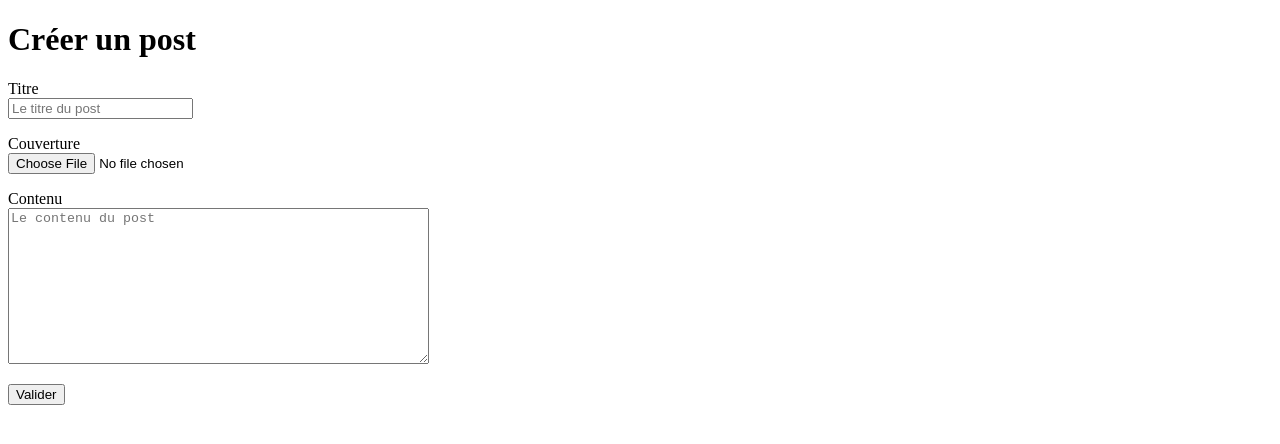
Repository: samoteur13/laravel_crud
Page: http://localhost/posts/create
These files come from the project's save history. The page is drawn as it stood at one moment and after a run of saves; the edit follows.
The browser window is 1280 px wide. The pictures show the whole page.
The page is served by the project's Laravel application, run on PHP 8.4 with Laravel 10. Other server files are loaded and not shown.

Above is the page before, as saved 2023-03-30 14:59:24.

### routes/web.php
<?php

use Illuminate\Support\Facades\Route;
use App\Http\Controllers\PostController;

Route::get('/', function () {
    return view('welcome');
});

Route::resource("posts", PostController::class);

### app/Http/Controllers/PostController.php
<?php

namespace App\Http\Controllers;

use App\Models\Post;
use Illuminate\Http\Request;

class PostController extends Controller
{
    /**
     * Display a listing of the resource.
     */
    public function index()
    {
        $posts = Post::latest()->get();

        return view("posts.index", compact("posts"));
    }

    /**
     * Show the form for creating a new resource.
     */
    public function create()
    {
        return view("posts.edit");
    }

    /**
     * Store a newly created resource in storage.
     */
    public function store(Request $request)
    {
        // 1. La validation
        $this->validate($request, [
            'title' => 'bail|required|string|max:255',
            "picture" => 'bail|required|image|max:1024',
            "content" => 'bail|required',
        ]);

        // 2. On upload l'image dans "/storage/app/public/posts"
        $chemin_image = $request->picture->store("posts");

        // 3. On enregistre les informations du Post
        Post::create([
            "title" => $request->title,
            "picture" => $chemin_image,
            "content" => $request->content,
        ]);

        // 4. On retourne vers tous les posts : route("posts.index")
        return redirect(route("posts.index"));
    }

    /**
     * Display the specified resource.
     */
    public function show(Post $post)
    {
        return view("posts.show", compact("post"));
    }

    /**
     * Show the form for editing the specified resource.
     */
    public function edit(Post $post)
    {
        return view("posts.edit", compact("post"));
    }

    /**
     * Update the specified resource in storage.
     */
    public function update(Request $request, Post $post)
    {
        //
    }

    /**
     * Remove the specified resource from storage.
     */
    public function destroy(Post $post)
    {
        //
    }
}

### resources/views/posts/edit.blade.php
@extends("layouts.app")
@section("title", "Créer un post")
@section("content")

	<h1>Créer un post</h1>

	<!-- Le formulaire est géré par la route "posts.store" -->
	<form method="POST" action="{{ route('posts.store') }}" enctype="multipart/form-data" >

		<!-- Le token CSRF -->
		@csrf

		<p>
			<label for="title" >Titre</label><br/>
			<input type="text" name="title" value="{{ old('title') }}"  id="title" placeholder="Le titre du post" >

			<!-- Le message d'erreur pour "title" -->
			@error("title")
			<div>{{ $message }}</div>
			@enderror
		</p>
		<p>
			<label for="picture" >Couverture</label><br/>
			<input type="file" name="picture" id="picture" >

			<!-- Le message d'erreur pour "picture" -->
			@error("picture")
			<div>{{ $message }}</div>
			@enderror
		</p>
		<p>
			<label for="content" >Contenu</label><br/>
			<textarea name="content" id="content" lang="fr" rows="10" cols="50" placeholder="Le contenu du post" >{{ old('content') }}</textarea>

			<!-- Le message d'erreur pour "content" -->
			@error("content")
			<div>{{ $message }}</div>
			@enderror
		</p>

		<input type="submit" name="valider" value="Valider" >

	</form>

@endsection

### resources/views/layouts/app.blade.php
<!DOCTYPE html>
<html>

<head>
    <meta charset="utf-8">
    <meta name="viewport" content="width=device-width, initial-scale=1">
    <!-- Le titre de la page -->
    <title>@yield('title')</title>
</head>

<body>
    <!-- Le contenu -->
    @yield('content')

</body>

</html>

Loaded but not shown: app/Http/Controllers/Controller.php (common file)

After the next 2 saves:
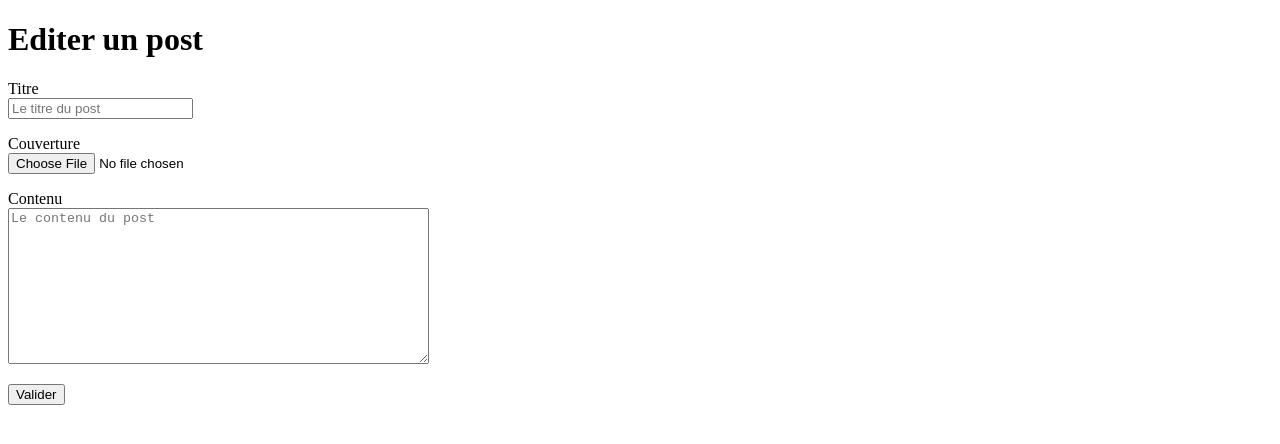
The 2 saves are shown as one change because they came seconds apart.
The last was saved 53 s later.
--- a/resources/views/posts/edit.blade.php
+++ b/resources/views/posts/edit.blade.php
@@ -1,45 +1,68 @@
-@extends("layouts.app")
-@section("title", "Créer un post")
-@section("content")
+@extends('layouts.app')
+@section('title', 'Editer un post')
+@section('content')
 
-	<h1>Créer un post</h1>
+    <h1>Editer un post</h1>
 
-	<!-- Le formulaire est géré par la route "posts.store" -->
-	<form method="POST" action="{{ route('posts.store') }}" enctype="multipart/form-data" >
+    <!-- Si nous avons un Post $post -->
+    @if (isset($post))
+        <!-- Le formulaire est géré par la route "posts.update" -->
+        <form method="POST" action="{{ route('posts.update', $post) }}" enctype="multipart/form-data">
 
-		<!-- Le token CSRF -->
-		@csrf
+            <!-- <input type="hidden" name="_method" value="PUT"> -->
+            @method('PUT')
+        @else
+            <!-- Le formulaire est géré par la route "posts.store" -->
+            <form method="POST" action="{{ route('posts.store') }}" enctype="multipart/form-data">
+    @endif
 
-		<p>
-			<label for="title" >Titre</label><br/>
-			<input type="text" name="title" value="{{ old('title') }}"  id="title" placeholder="Le titre du post" >
+    <!-- Le token CSRF -->
+    @csrf
 
-			<!-- Le message d'erreur pour "title" -->
-			@error("title")
-			<div>{{ $message }}</div>
-			@enderror
-		</p>
-		<p>
-			<label for="picture" >Couverture</label><br/>
-			<input type="file" name="picture" id="picture" >
+    <p>
+        <label for="title">Titre</label><br />
 
-			<!-- Le message d'erreur pour "picture" -->
-			@error("picture")
-			<div>{{ $message }}</div>
-			@enderror
-		</p>
-		<p>
-			<label for="content" >Contenu</label><br/>
-			<textarea name="content" id="content" lang="fr" rows="10" cols="50" placeholder="Le contenu du post" >{{ old('content') }}</textarea>
+        <!-- S'il y a un $post->title, on complète la valeur de l'input -->
+        <input type="text" name="title" value="{{ isset($post->title) ? $post->title : old('title') }}" id="title"
+            placeholder="Le titre du post">
 
-			<!-- Le message d'erreur pour "content" -->
-			@error("content")
-			<div>{{ $message }}</div>
-			@enderror
-		</p>
+        <!-- Le message d'erreur pour "title" -->
+        @error('title')
+        <div>{{ $message }}</div>
+    @enderror
+    </p>
 
-		<input type="submit" name="valider" value="Valider" >
+    <!-- S'il y a une image $post->picture, on l'affiche -->
+    @if (isset($post->picture))
+        <p>
+            <span>Couverture actuelle</span><br />
+            <img src="{{ asset('storage/' . $post->picture) }}" alt="image de couverture actuelle" style="max-height: 200px;">
+        </p>
+    @endif
 
-	</form>
+    <p>
+        <label for="picture">Couverture</label><br />
+        <input type="file" name="picture" id="picture">
+
+        <!-- Le message d'erreur pour "picture" -->
+        @error('picture')
+        <div>{{ $message }}</div>
+    @enderror
+    </p>
+    <p>
+        <label for="content">Contenu</label><br />
+
+        <!-- S'il y a un $post->content, on complète la valeur du textarea -->
+        <textarea name="content" id="content" lang="fr" rows="10" cols="50" placeholder="Le contenu du post">{{ isset($post->content) ? $post->content : old('content') }}</textarea>
+
+        <!-- Le message d'erreur pour "content" -->
+        @error('content')
+        <div>{{ $message }}</div>
+    @enderror
+    </p>
+
+    <input type="submit" name="valider" value="Valider">
+
+    </form>
 
 @endsection
